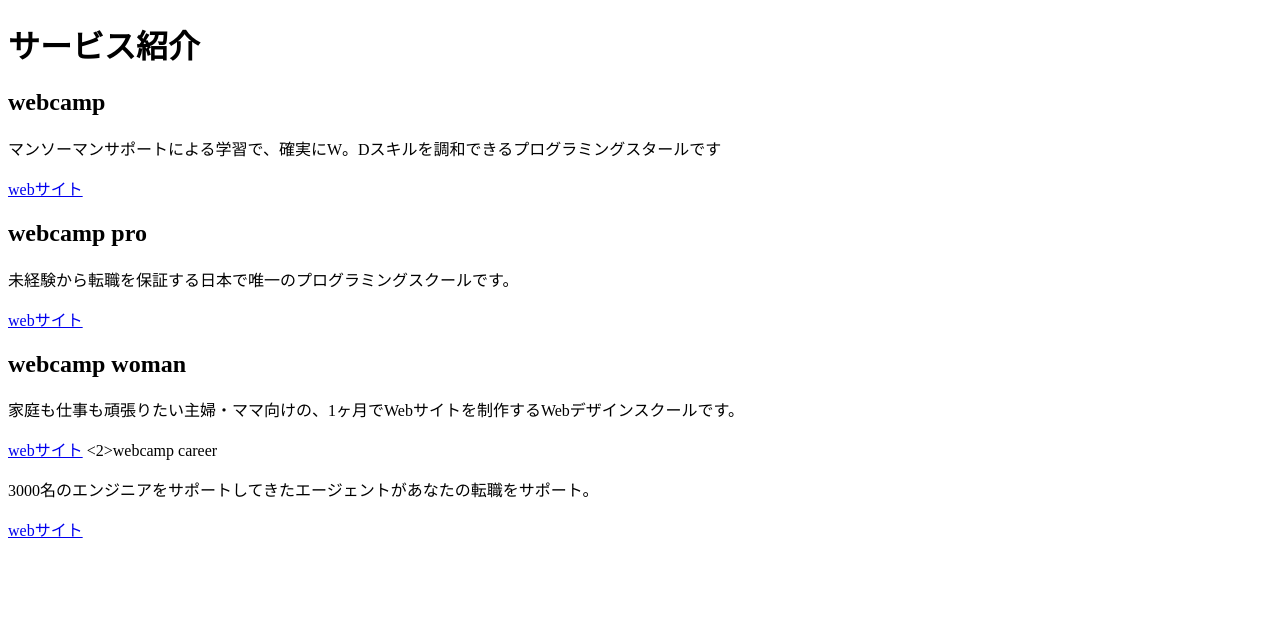
Repository: tanikura/sample.html
Page: chapter2_exercise/chapter2_exercise.html
The author's editor kept a record of every edit. The page is drawn from the files as they stood at one moment, then again after the next edit.
The browser window is 1280 px wide. The pictures show the whole page.

Above is the page before.
Not found: chapter2_exercise/chapter2_exercise/style1.css

### chapter2_exercise/chapter2_exercise.html
<!DOCTYPE HTML>
<html lang="ja">
  <head>
    <meta charset="UTF-8" />
    <title>2章演習</title>
    <link rel="stylesheet" href="chapter2_exercise/style1.css" />
  </head>
    <h1>サービス紹介</h1>

    <h2>webcamp</h2>
    <p>マンソーマンサポートによる学習で、確実にW。Dスキルを調和できるプログラミングスタールです</p>
    <a href="https://web-camp.io/">webサイト</a>

    <h2>webcamp pro</h2>
    <p>未経験から転職を保証する日本で唯一のプログラミングスクールです。</p>
    <a href="https://web-camp.io/pro">webサイト</a>

    <h2>webcamp woman</h2>
    <P>家庭も仕事も頑張りたい主婦・ママ向けの、1ヶ月でWebサイトを制作するWebデザインスクールです。</P>
    <a href="https://web-camp.io/woman">webサイト</a>

    <2>webcamp career</2>
    <p>3000名のエンジニアをサポートしてきたエージェントがあなたの転職をサポート。</p>
    <a href="https://web-camp.io/career">webサイト</a>

  <body>
  </body>
</html>

After the next edit:
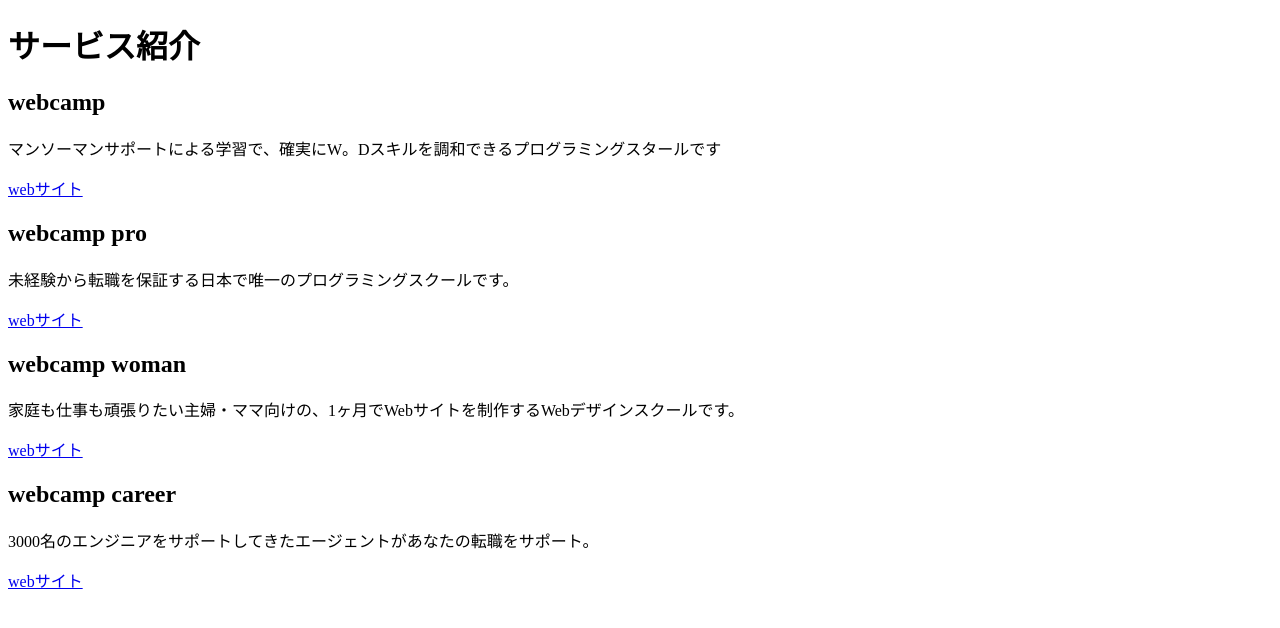
The edit:
--- a/chapter2_exercise/chapter2_exercise.html
+++ b/chapter2_exercise/chapter2_exercise.html
@@ -19,7 +19,7 @@
     <P>家庭も仕事も頑張りたい主婦・ママ向けの、1ヶ月でWebサイトを制作するWebデザインスクールです。</P>
     <a href="https://web-camp.io/woman">webサイト</a>
 
-    <2>webcamp career</2>
+    <h2>webcamp career</h2>
     <p>3000名のエンジニアをサポートしてきたエージェントがあなたの転職をサポート。</p>
     <a href="https://web-camp.io/career">webサイト</a>
 
